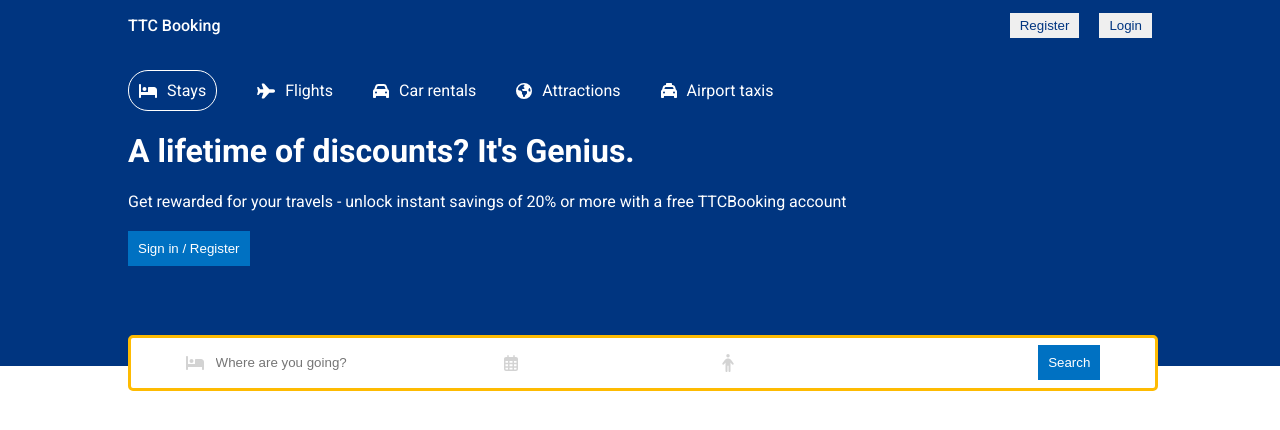
Repository: CarsonDev1/booking-app
Page: /
The author's editor kept a copy of each file at every save. The page is drawn from the files as they stood at one save, then again after the next save.
The browser window is 1280 px wide. The pictures show the whole page.
The project was rebuilt for these pictures with package versions that can differ from the ones it lists, and the page was loaded fresh each time. Also part of the build but not shown: src/pages/home/home.css, src/pages/hotel/Hotel.jsx, src/pages/list/List.jsx.

Above is the page before, as saved 2022-12-03 01:15:33.

After the next save:
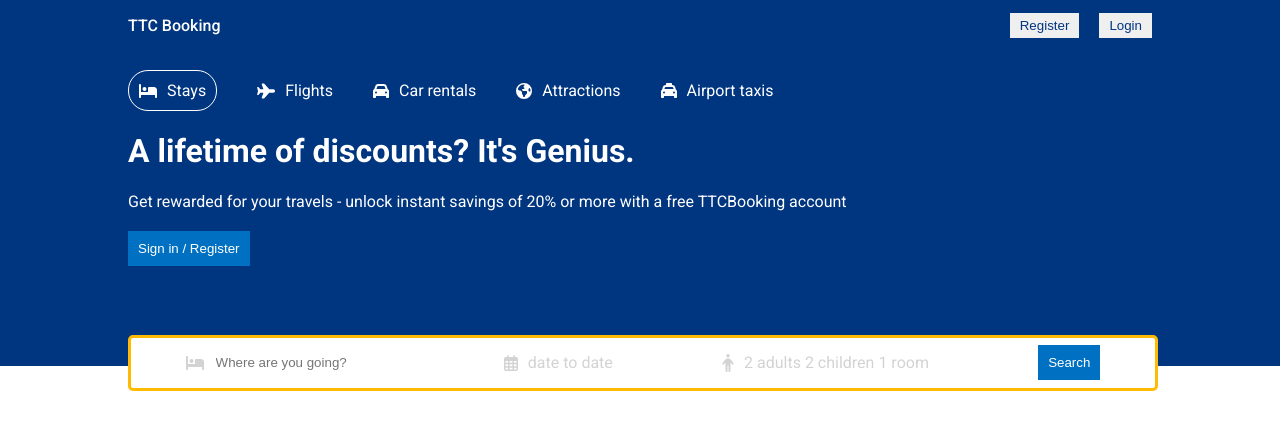
Saved 2 min 5 s later.
--- a/src/components/header/header.css
+++ b/src/components/header/header.css
@@ -61,3 +61,7 @@
 	border: none;
 	outline: none;
 }
+.headerSearchText {
+	color: lightgray;
+	cursor: pointer;
+}
